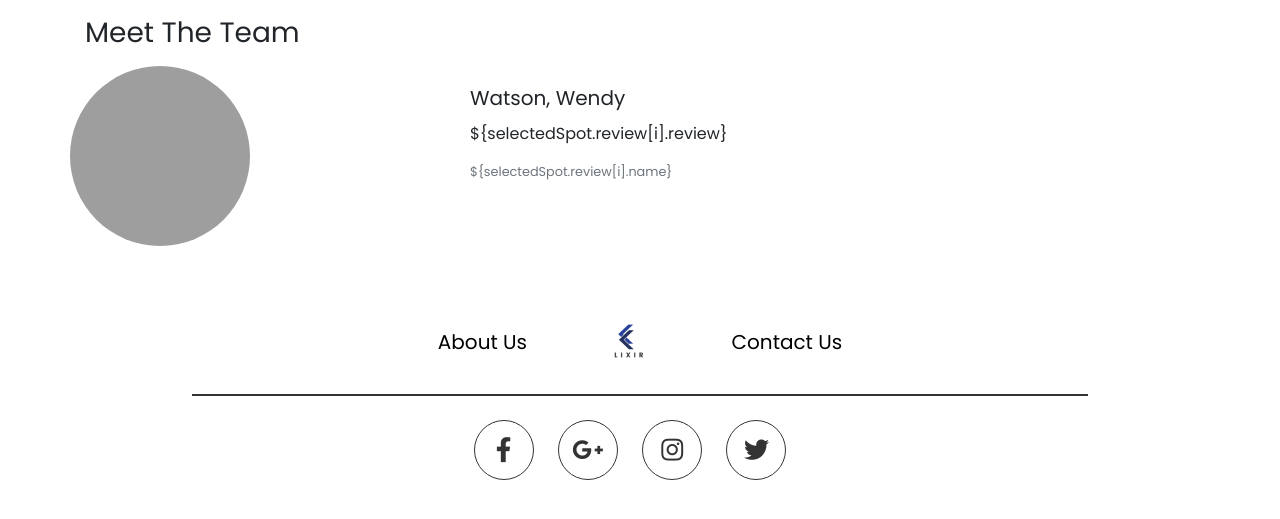
Repository: phiiileo/lit-page
Page: team-page.html
An editor plug-in stored every save of this project. The page is shown before and after a run of saves, followed by the edit.
The browser window is 1280 px wide. The pictures show the whole page.
Pictures or frames that could not be fetched are drawn as grey boxes. Some web libraries are served in a nearby version.

Above is the page before, as saved 2019-12-04 20:57:01.

### team-page.html
<head>
  <meta charset="UTF-8" />
  <meta name="viewport" content="width=device-width, initial-scale=1.0" />
  <meta http-equiv="X-UA-Compatible" content="ie=edge" />
  <title>Lixir | Official Page</title>
  <link
    rel="stylesheet"
    href="css/bootstrap-4.4.0-dist/css/bootstrap.min.css"
  />
  <script src="js/jquery-1.11.1.min.js"></script>
  <script src="js/popper.min.js"></script>
  <script src="css/bootstrap-4.4.0-dist/js/bootstrap.min.js"></script>
  <link
    href="https://fonts.googleapis.com/css?family=Poppins&display=swap"
    rel="stylesheet"
  />
  <link
    rel="stylesheet"
    type="text/css"
    href="https://cdnjs.cloudflare.com/ajax/libs/font-awesome/5.11.2/css/all.min.css"
  />
  <link rel="stylesheet" href="css/site_footer.css" />
  <link rel="stylesheet" href="./css/team-page.css">
</head>

<div class="container">
    <p><h3>Meet The Team</h3></p>
    <div class="row row-cols-1 row-cols-md-1">
        <div class="card">
            <div class="row no-gutters">
                <div class="col-md-4">
                    <img src="https://res.cloudinary.com/gboyega/image/upload/v1575387409/grillspot/profile-placeholder_kqu2no.png" alt="profileImage" class="team-image">
                </div>
                <div class="col-md-8">
                    <div class="card-body">
                        <h5 class="card-title">Watson, Wendy</h5>
                        <p class="card-text">${selectedSpot.review[i].review}</p>
                        <p class="card-text"><small class="text-muted">${selectedSpot.review[i].name}</small></p>
                    </div>
                </div>
            </div>
        </div>
    </div>
</div>

<footer class="mt-5">
  <section class="footer_content mx-auto text-center">
    <section class="footer_content--one">
      <a href="about_us.php" class="">About Us</a>
      <a href="index.php" class="mx-5">
        <img src="image/footer_logo.png" alt="" width="100px" height="100px"
      /></a>
      <a href="contact.php" class="">Contact Us</a>
    </section>
    <section class="footer_content--two pt-4">
      <a href="#"><i class="fab fa-facebook-f"></i></a>
      <a href=""><i class="fab fa-google-plus-g"></i></a>
      <a href=""><i class="fab fa-instagram"></i></a>
      <a href=""><i class="fab fa-twitter"></i></a>
    </section>
  </section>
</footer>

### css/site_footer.css
footer .footer_content {
    width: 70%;
  }

  footer .footer_content .footer_content--one {
    width: 100%;
    border-bottom: 2px solid #333333;
  }

  footer .footer_content .footer_content--one a {
    font-size: 20px;
    line-height: 28px;
    color: #000000;
    display: inline-block;
  }

  footer .footer_content .footer_content--two a {
    color: #333333;
    border: 1px solid #333333;
    border-radius: 50%;
    width: 60px;
    height: 60px;
    display: -webkit-inline-box;
    display: -ms-inline-flexbox;
    display: inline-flex;
    -webkit-box-pack: center;
        -ms-flex-pack: center;
            justify-content: center;
    -webkit-box-align: center;
        -ms-flex-align: center;
            align-items: center;
    margin-right: 20px;
    margin-bottom: 20px;
  }

  footer .footer_content .footer_content--two a i {
    font-size: 25px;
  }

### css/team-page.css
* {
  margin-top: 0;
  padding: 0px;
  box-sizing: border-box;
  font-family: "Poppins", sans-serif;
}
.team-image{
    width: 180px;
    height: 180px;
    border-radius: 50%;
}

.card{
    border: 0;
}

Loaded but not shown: css/bootstrap-4.4.0-dist/css/bootstrap.min.css (library); js/jquery-1.11.1.min.js (library); js/popper.min.js (library); css/bootstrap-4.4.0-dist/js/bootstrap.min.js (library)

After the next 2 saves:
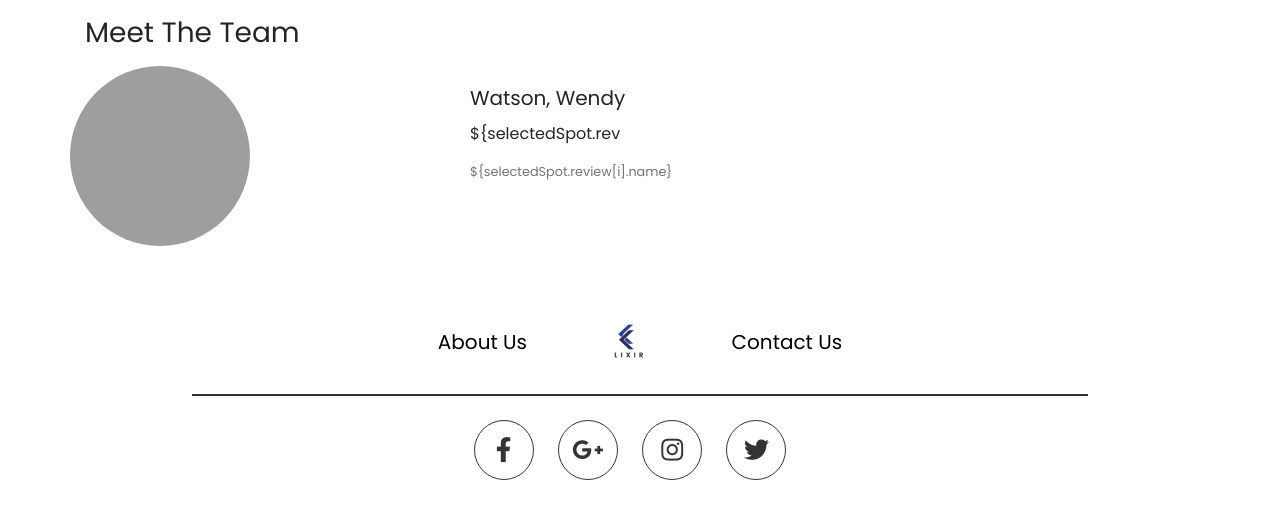
The 2 saves are shown as one change because they came seconds apart.
The last was saved 23 s later.
--- a/team-page.html
+++ b/team-page.html
@@ -34,7 +34,7 @@
                 <div class="col-md-8">
                     <div class="card-body">
                         <h5 class="card-title">Watson, Wendy</h5>
-                        <p class="card-text">${selectedSpot.review[i].review}</p>
+                        <p class="card-text">${selectedSpot.rev</p>
                         <p class="card-text"><small class="text-muted">${selectedSpot.review[i].name}</small></p>
                     </div>
                 </div>
